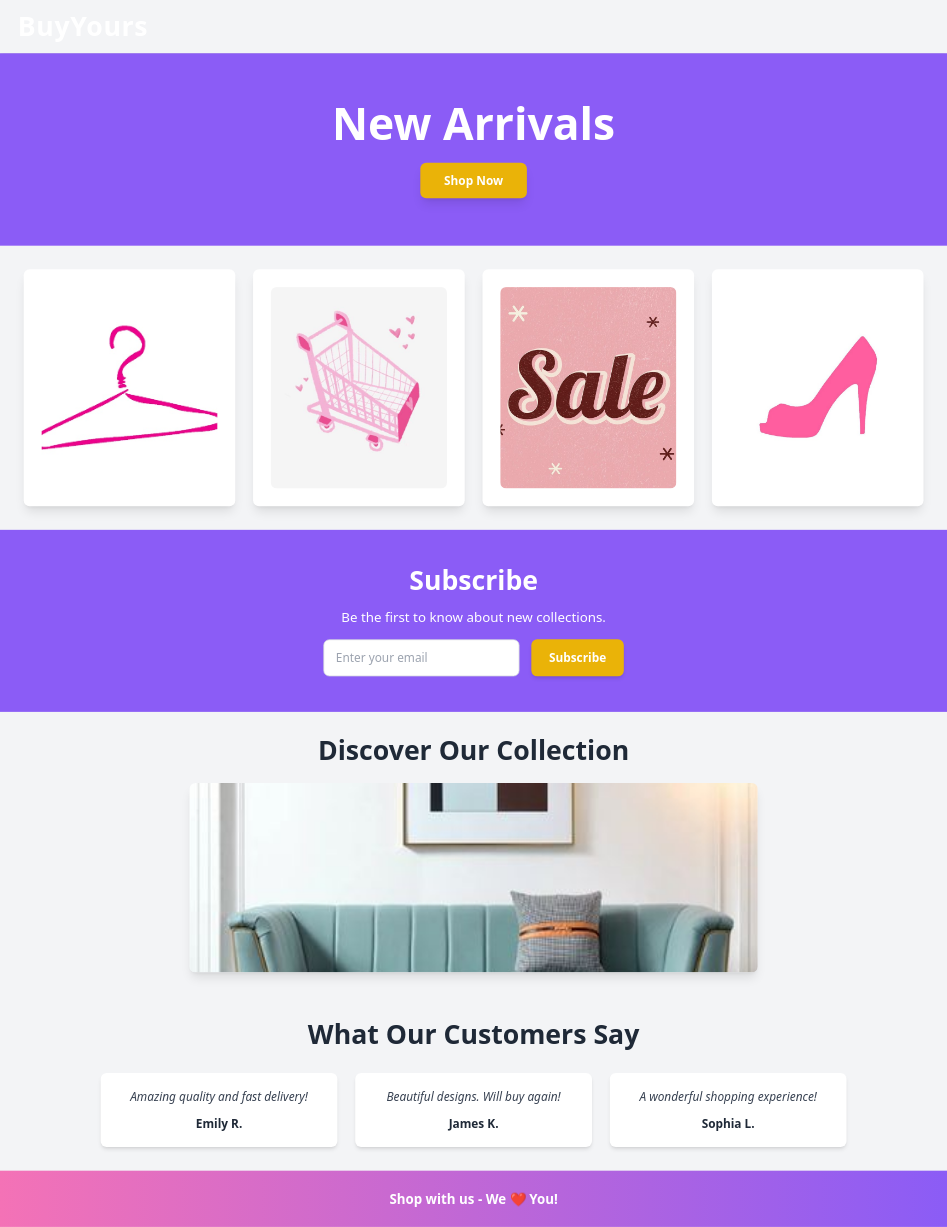
Repository: prathyushaa5/BuyYours
Page: / (app in Frontend/)
An editor plug-in stored every save of this project. The page is shown before and after the next save, followed by the edit.
The browser window is 1280 px wide. The pictures show the whole page, at 74% of full size.
The project was rebuilt for these pictures with package versions that can differ from the ones it lists, and the page was loaded fresh each time. Also part of the build but not shown: Frontend/vite.config.js, Frontend/src/components/Login.jsx, Frontend/src/components/Signup.jsx, Frontend/src/components/Home.jsx.

Above is the page before, as saved 2025-02-14 03:24:33.

### Frontend/src/App.jsx
import { BrowserRouter as Router, Routes, Route } from "react-router-dom";
import { useState } from "react";
import Main from "./components/Main";
import Login from "./components/Login";
import Signup from "./components/Signup";
import Home from "./components/Home";

export default function App() {
  const [token, setToken] = useState(null);

  const handleLogin = (userToken) => {
    setToken(userToken);
  };

  return (
    <Router>
      <Routes>
        {/* Show Main page first */}
        <Route path="/" element={<Main />} />

        {/* Login Page */}
        <Route path="/login" element={<Login onLogin={handleLogin} />} />

        {/* Signup Page */}
        <Route path="/signup" element={<Signup />} />

        {/* Home Page (Protected) */}
        <Route path="/home" element={token ? <Home /> : <Login onLogin={handleLogin} />} />
      </Routes>
    </Router>
  );
}

### Frontend/src/components/Main.jsx
import image1 from "../assets/cards/hanger.jpeg";
import image2 from "../assets/cards/pink.jpeg";
import image3 from "../assets/cards/sale.jpeg";
import image4 from "../assets/cards/shoes.jpeg";
import { useNavigate } from "react-router-dom";
import { motion, AnimatePresence } from "framer-motion";
import { useState } from "react";
import { useEffect } from "react";
import img1 from "../assets/carasoule/img1.jpg";
import img2 from "../assets/carasoule/img2.jpg";
import img3 from "../assets/carasoule/img3.jpg";
import img4 from "../assets/carasoule/img4.jpg";

export default function MainPage() {
  const navigate = useNavigate();
  const images = [
    img1,img2,img3,img4
  ];
  const [currentIndex, setCurrentIndex] = useState(0);
  const [direction, setDirection] = useState(1);
  useEffect(() => {
    const interval = setInterval(() => {
      setDirection(1); // Always slide to the left
      setCurrentIndex((prevIndex) => (prevIndex + 1) % images.length);
    }, 3000); // Change image every 3 seconds

    return () => clearInterval(interval);
  }, []);

  return (
    <div className="bg-gray-100 min-h-screen text-gray-800">
      {/* Navbar */}
      <nav className="bg-gradient-to-r from-brown-600 to-brown-400
 py-4 px-6 flex justify-between items-center shadow-md">
        <h1 className="text-4xl font-extrabold text-white tracking-wide">BuyYours</h1>
      </nav>

      {/* Hero Section */}
      <section className="flex flex-col items-center text-center py-16 bg-violet-500 text-white ">
        <h2 className="text-6xl font-extrabold mb-6">New Arrivals</h2>
        <button
          className="bg-yellow-500 px-8 py-3 text-white font-bold rounded-lg shadow-lg transition-transform transform hover:scale-105 hover:bg-yellow-600"
          onClick={() => navigate("/signup")}
        >
          Shop Now
        </button>
      </section>

      {/* Categories (Replaced with Images) */}
      <div className="grid grid-cols-2 md:grid-cols-4 gap-6 p-8">
        {[image1, image2, image3, image4].map((image, index) => (
          <div key={index} className="bg-white p-6 text-center rounded-lg shadow-lg h-80 transition-transform transform hover:scale-105">
            <img src={image} alt={`Category ${index + 1}`} className="w-full h-full object-cover rounded-lg" />
          </div>
        ))}
      </div>

      {/* Subscribe Section */}
      <section className="bg-violet-500 text-center py-12 text-white">
        <h3 className="text-4xl font-extrabold mb-4">Subscribe</h3>
        <p className="mb-4 text-lg">Be the first to know about new collections.</p>
        <div className="flex justify-center">
          <input
            type="email"
            placeholder="Enter your email"
            className="px-4 py-3 rounded-lg border border-gray-300 focus:ring-2 focus:ring-yellow-500 outline-none"
          />
          <button className="ml-4 bg-yellow-500 px-6 py-3 text-white font-bold rounded-lg shadow-md transition-transform transform hover:scale-105 hover:bg-yellow-600">Subscribe</button>
        </div>
      </section>
      <section className="p-8">
      <h3 className="text-4xl font-bold text-center mb-6 text-primary">Discover Our Collection</h3>
      <div className="relative w-full max-w-3xl mx-auto overflow-hidden rounded-lg shadow-lg">
        <div className="relative w-full h-64">
          <AnimatePresence initial={false} custom={direction}>
            <motion.img
              key={currentIndex}
              src={images[currentIndex]}
              alt="Carousel Slide"
              className="absolute w-full h-full object-cover"
              initial={{ x: direction * 100, opacity: 0 }}
              animate={{ x: 0, opacity: 1 }}
              exit={{ x: -direction * 100, opacity: 0 }}
              transition={{ duration: 0.8, ease: "easeInOut" }}
            />
          </AnimatePresence>
        </div>
      </div>
    </section>
      <section className="p-8">
  <h3 className="text-4xl font-bold text-center mb-8 text-primary">What Our Customers Say</h3>
  <div className="flex flex-wrap justify-center gap-6">
    {[
      { name: "Emily R.", text: "Amazing quality and fast delivery!" },
      { name: "James K.", text: "Beautiful designs. Will buy again!" },
      { name: "Sophia L.", text: "A wonderful shopping experience!" },
    ].map((review, index) => (
      <div key={index} className="bg-white p-5 rounded-lg shadow-md w-80 text-center hover:shadow-xl transition-shadow">
        <p className="italic text-gray-700">{review.text}</p>
        <p className="font-semibold mt-3">{review.name}</p>
      </div>
    ))}
  </div>
</section>


      {/* Footer */}
      <footer className="bg-gradient-to-r from-pink-400 to-violet-500 text-center py-6 text-white font-bold text-lg">
        Shop with us - We ❤️ You!
      </footer>
    </div>
  );
}

Loaded but not shown: Frontend/index.html (common file); Frontend/src/main.jsx (common file); Frontend/src/index.css (common file); Frontend/tailwind.config.js (common file)

After the next save:
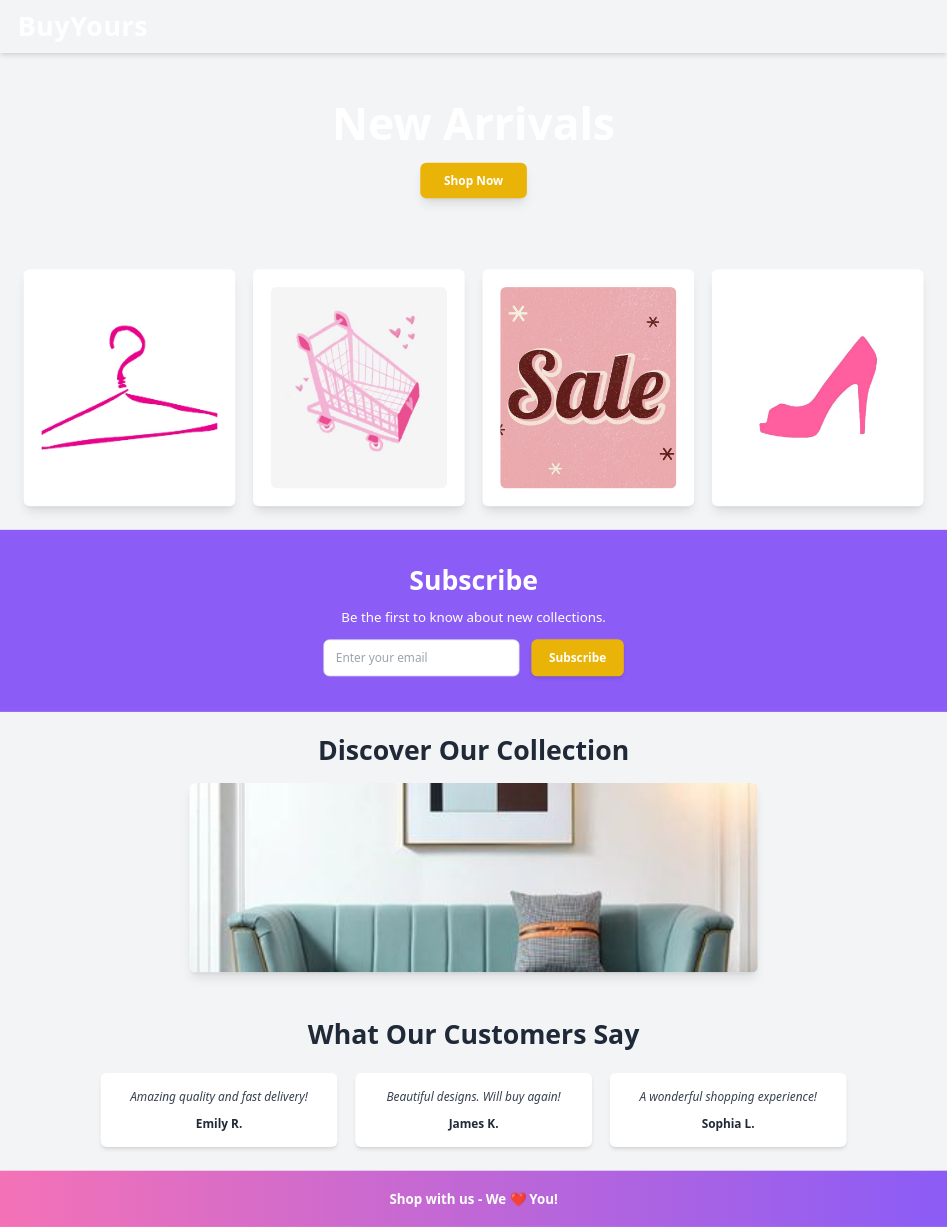
Saved 48 s later.
--- a/Frontend/src/components/Main.jsx
+++ b/Frontend/src/components/Main.jsx
@@ -30,13 +30,13 @@ export default function MainPage() {
   return (
     <div className="bg-gray-100 min-h-screen text-gray-800">
       {/* Navbar */}
-      <nav className="bg-gradient-to-r from-brown-600 to-brown-400
- py-4 px-6 flex justify-between items-center shadow-md">
+      <nav className="bg-gradient-to-r from-brown-600 to-brown-400 py-4 px-6 flex justify-between items-center shadow-md">
         <h1 className="text-4xl font-extrabold text-white tracking-wide">BuyYours</h1>
       </nav>
 
       {/* Hero Section */}
-      <section className="flex flex-col items-center text-center py-16 bg-violet-500 text-white ">
+      <section className="flex flex-col items-center text-center py-16 bg-brown-500 text-white">
+
         <h2 className="text-6xl font-extrabold mb-6">New Arrivals</h2>
         <button
           className="bg-yellow-500 px-8 py-3 text-white font-bold rounded-lg shadow-lg transition-transform transform hover:scale-105 hover:bg-yellow-600"
